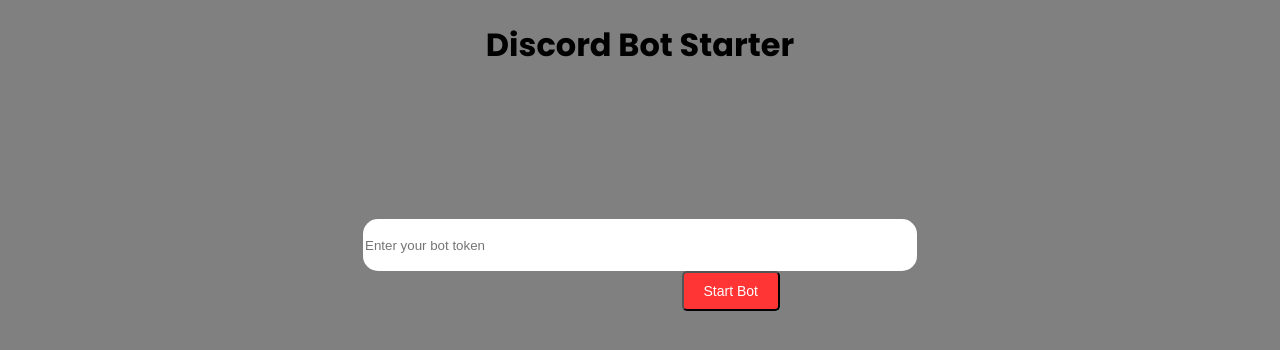
Repository: ranger2202/discord-bot-panel
Page: ranger-bot-runner/app/templates/landing.html
These files come from the project's save history. The page is drawn as it stood at one moment and after the next save; the edit follows.
The browser window is 1280 px wide. The pictures show the whole page.

Above is the page before, as saved 2023-12-30 12:11:34.

### ranger-bot-runner/app/templates/landing.html
<!DOCTYPE html>
<html lang="en">
<head>
    <meta charset="UTF-8">
    <meta name="viewport" content="width=device-width, initial-scale=1.0">
    <link rel="stylesheet" href="./../static/landing.css">
    <link rel="preconnect" href="https://fonts.googleapis.com">
    <link rel="preconnect" href="https://fonts.gstatic.com" crossorigin>
    <link href="https://fonts.googleapis.com/css2?family=Poppins:wght@400;500;600;700&display=swap" rel="stylesheet">
    <title>Discord Bot Starterqwrqwr</title>
</head>
<body>
    <h1 class="bot-header">Discord Bot Starter</h1>
    <div class="bot-token">
        <input class="bot-token-password" type="password" id="token" placeholder="Enter your bot token">
    </div>
    <div class="start-button">
        <button class="start-button" onclick="startBot()">Start Bot</button>
    </div>


    <script type="text/javascript" src="./../static/js/app.js"></script>
</body>
</html>

### ranger-bot-runner/app/static/landing.css
body {
    background-color: grey;
    padding: 0;
    margin: 0;
    font-family: 'Poppins', sans-serif;
}
.start-button button{
    position: absolute;
    right: 500px;
    display: inline-block;
    padding: 10px 20px;
    font-size: 14px;
    text-decoration: none;
    color: #ffffff;
    background-color: #FF3434;
    border-radius: 5px;
    transition: background-color 0.3s ease-in-out;
}
.bot-header{
    display: flex;
    justify-content: center;
}
.bot-token{
    display: flex;
    justify-content: center;
    margin-top: 150px;
}
.bot-token-password{
    width: 550px;
    height: 50px;
    border-radius: 15px;
    color: #000;
    border: none;

}

### ranger-bot-runner/app/static/js/app.js
function startBot() {
  var token = document.getElementById('token').value;
  fetch('/start_bot', {
      method: 'POST',
      headers: {
          'Content-Type': 'application/json',
      },
      body: JSON.stringify({ bot_token: token }),  // Adjusted to match server expectation
  })
  .then(response => response.json())
  .then(data => {
      alert(data.message);  // Display the server response message
  })
  .catch(error => {
      alert('There was an error somewhere.');
  });
}

After the next save:
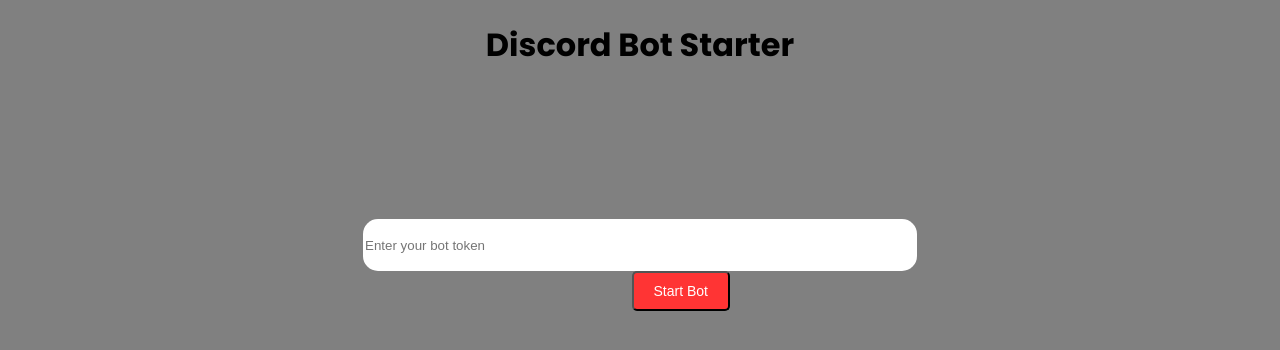
Saved 8 s later.
--- a/ranger-bot-runner/app/static/landing.css
+++ b/ranger-bot-runner/app/static/landing.css
@@ -6,7 +6,7 @@
 }
 .start-button button{
     position: absolute;
-    right: 500px;
+    right: 550px;
     display: inline-block;
     padding: 10px 20px;
     font-size: 14px;
